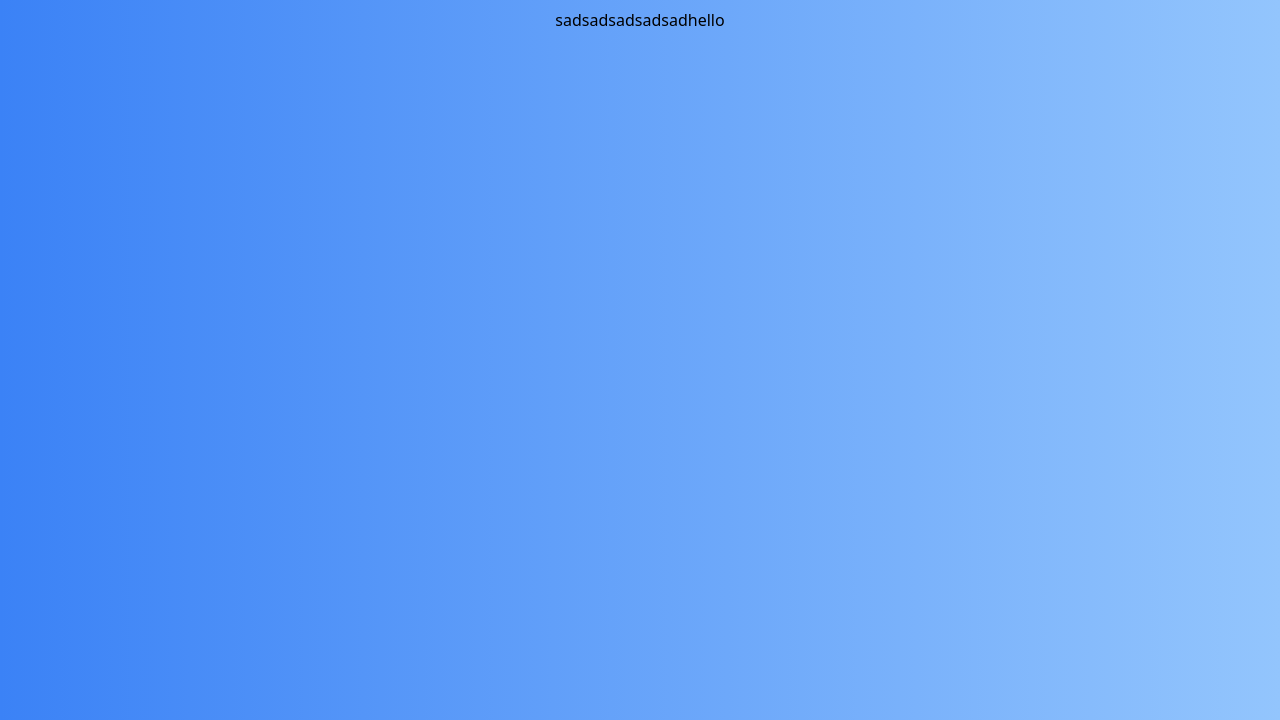
Repository: DevAntonioRogers/react-weatherapp-v2
Page: /
These files come from the project's save history. The page is drawn as it stood at one moment and after the next save; the edit follows.
The browser window is 1280 px wide. The pictures show the whole page.
The project was rebuilt for these pictures with package versions that can differ from the ones it lists, and the page was loaded fresh each time. The framework's server and built-in components were replaced by stand-ins that run in the browser. Also part of the build but not shown: next.config.js.

Above is the page before, as saved 2023-05-17 22:59:52.

### app/layout.tsx
import "./globals.css";
import { Inter } from "next/font/google";

export const metadata = {
  title: "Create Next App",
  description: "Generated by create next app",
};

export default function RootLayout({ children }: { children: React.ReactNode }) {
  return (
    <html lang="en">
      <body>{children}</body>
    </html>
  );
}

### app/page.tsx
export default function Home() {
  return (
    <div className="flex justify-center p-2 bg-cover h-screen bg-gradient-to-r from-blue-500 to-blue-300">
      <div className="bg-inherit mx-24 flex justify-between">
        <h1>sadsadsadsadsad</h1>
        <h2>hello</h2>
      </div>
    </div>
  );
}

Loaded but not shown: app/globals.css (common file); tailwind.config.js (common file)

After the next save:
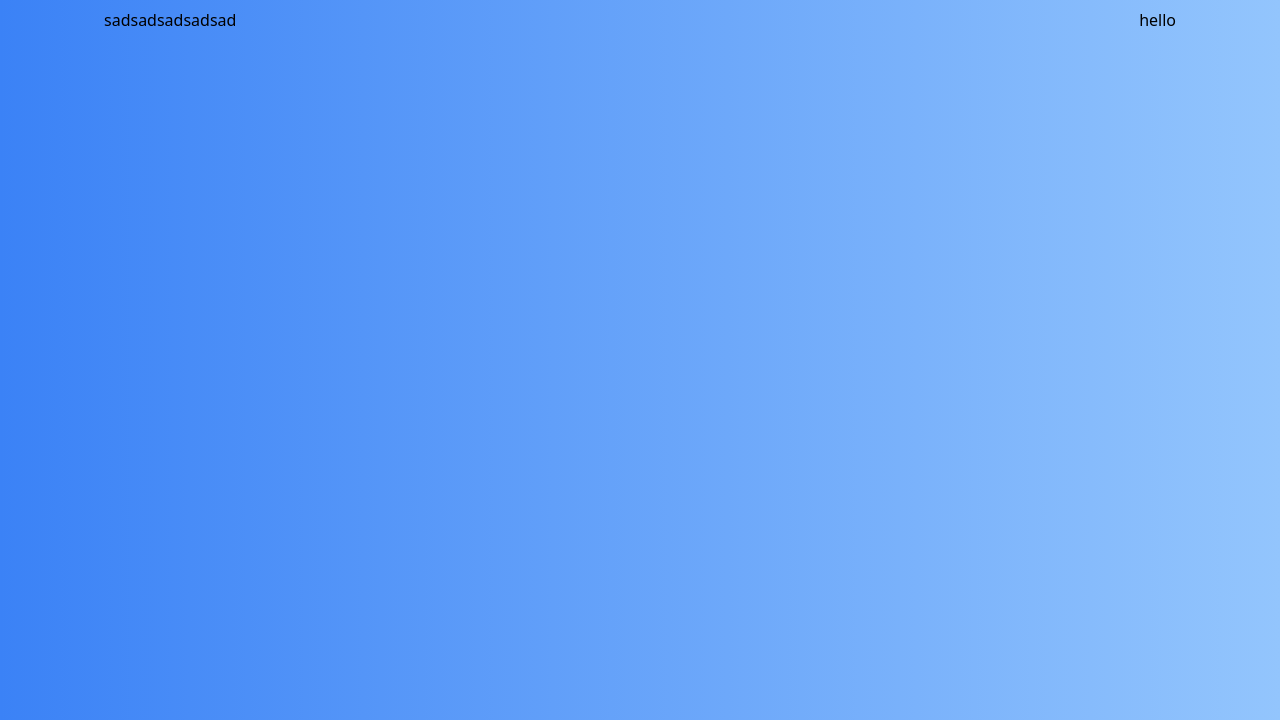
Saved 12 s later.
--- a/app/page.tsx
+++ b/app/page.tsx
@@ -1,7 +1,7 @@
 export default function Home() {
   return (
     <div className="flex justify-center p-2 bg-cover h-screen bg-gradient-to-r from-blue-500 to-blue-300">
-      <div className="bg-inherit mx-24 flex justify-between">
+      <div className="bg-inherit mx-24 flex justify-between w-full">
         <h1>sadsadsadsadsad</h1>
         <h2>hello</h2>
       </div>
